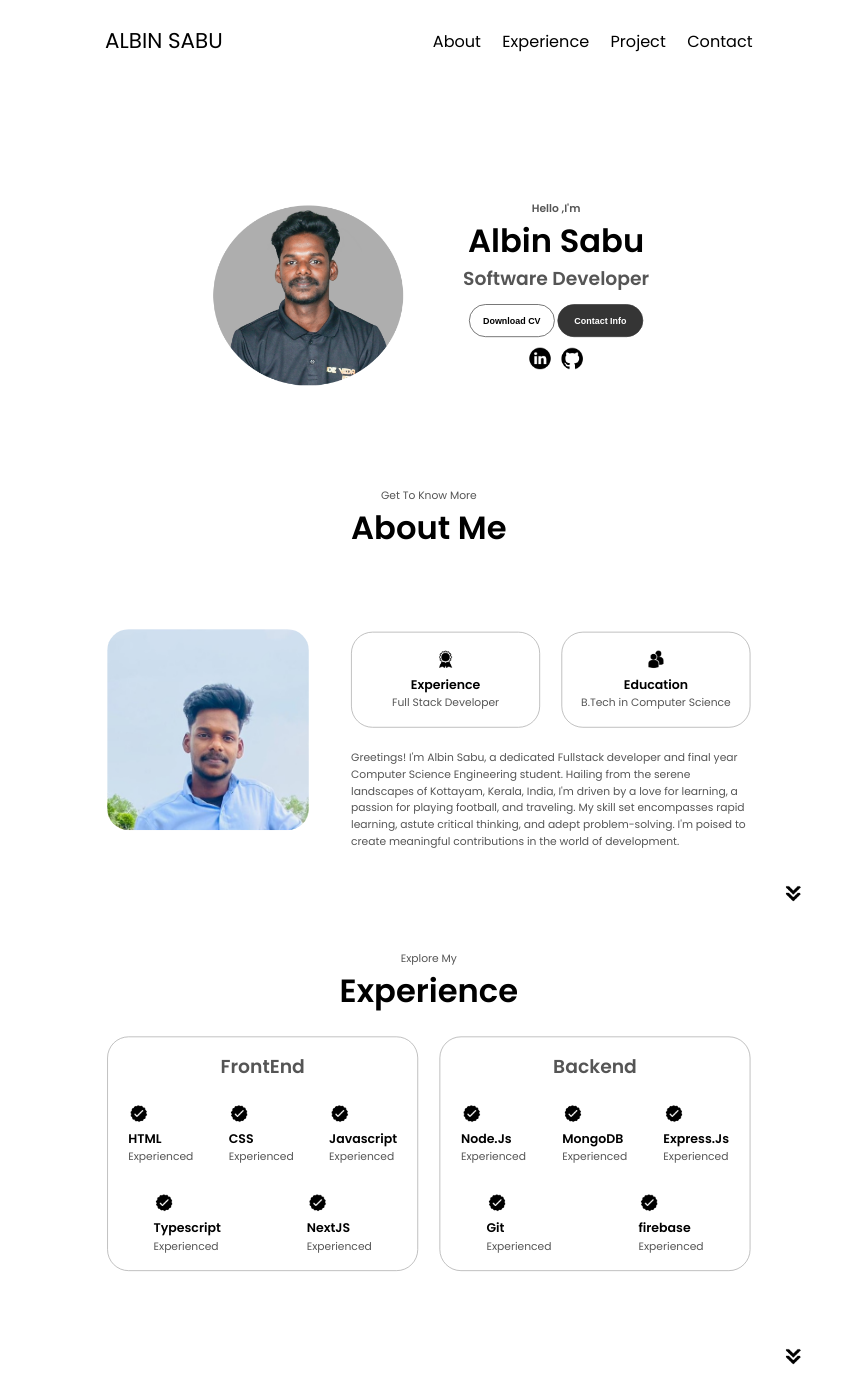
Repository: albinsabu2023/albinsabu
Page: index.html
An editor plug-in stored every save of this project. The page is shown before and after the next save, followed by the edit.
The browser window is 1280 px wide. The pictures show the whole page, at 67% of full size.

Above is the page before, as saved 2023-08-30 13:18:42.

### index.html
<!DOCTYPE html>
<html lang="en">
<link>
    <meta charset="UTF-8">
    <meta name="viewport" content="width=device-width, initial-scale=1.0">
    <title>Albin Sabu</title>
    <link rel="stylesheet" href="style.css"/>
    <link rel="stylesheet" href="mediaqueries.css">
</head>
<body>
    <nav id="desktop-nav">
        <div class="logo">
            ALBIN SABU
        </div>
        <div>
            <ul class="nav-links">
                <li><a href="#about">About</a></li>
                <li><a href="#experience">Experience</a></li>
                <li><a href="#project">Project</a></li>
                <li><a href="#contact">Contact</a></li>
            </ul>
        </div>
    </nav>
    <nav id="hamburger-nav">
        <div clas="logo"> ALBIN SABU</div>
        <div class="hamburger-menu">
            <div class="hamburger-icon" onclick="toggleMenu()">
                <span></span>
                <span></span>
                <span></span>
            </div>
            <div class="menu-links">
                <li><a href="#about" onclick="toggleMenu()">About</a></li>
                <li><a href="#about" onclick="toggleMenu()">Experience</a></li>
                <li><a href="#about" onclick="toggleMenu()">Project</a></li>
                <li><a href="#about" onclick="toggleMenu()">Contact</a></li>
            </div>
        </div>
    </nav>
    <section id="profile">
        <div class="section__pic-container">
            <img src="./assets/Albin Sabu2.png" alt="profile-pic">
        </div>
        <div class="section__text">
            <p class="section__text__p1">Hello ,I'm</p>
            <h1 class="title">Albin Sabu</h1>
            <p class="section__text__p2">Software Developer</p>
            <div class="btn_container">
                <button class="btn btn-color-2" onclick="window.open('./assets/Albin sabu.pdf')">Download CV</button>
                <button class="btn btn-color-1" onclick="location.href='#contact'">Contact Info</button>
            </div>
            <div id="social-container">
                <img src="./assets/linkedin.png" alt="My Linkedin Profile" class="icon" onclick="location.href='https://www.linkedin.com/in/albin-sabu-377798230'">
                <img src="./assets/github.png" alt="My Github Profile" class="icon" onclick="location.href='https://github.com/albinsabu2023'">

            </div>
        </div>
    </section>
    <section id="about">
        <p class="section__text__p1">Get To Know More</p>
        <h1 class="title">About Me</h1>
        <div class="section-container">
            <div class="section__pic-container">
                <img src="./assets/ull.png" alt="profilepicture" class="about-pic">
            </div>
            <div class="about-details-container">
                <div class="about-container">
                    <div class="details-container">
                        <img src="./assets/experience.png" alt="experience icon" class="icon">
                        <h3>Experience</h3>
                        <p>Full Stack Developer</p>
                    </div>
                    <div class="details-container">
                        <img src="./assets/education.png" alt="experience icon" class="icon">
                        <h3>Education</h3>
                        <p>B.Tech in Computer Science</p>
                    </div>
                </div>
                <div class="text-container">
                    <p>Greetings! I'm Albin Sabu, a dedicated Fullstack developer and final year Computer Science Engineering student. Hailing
                    from the serene landscapes of Kottayam, Kerala, India, I'm driven by a love for learning, a passion for playing
                    football, and traveling. My skill set encompasses rapid learning, astute critical thinking, and adept
                    problem-solving.  I'm poised to create meaningful
                    contributions in the world of development.
                    </p>
                </div>
            </div>
        </div>
        <!-- onclick="locaiton.href='./#experience'" -->
       <img src="./assets/arrow.png" alt="arrow" class="icon arrow" >
    </section>
    <section id="experience">
        <p class="section__text__p1">Explore My</p>
        <h1 class="title">Experience</h1>
        <div class="experience-details-container">
            <div class="about-container">
                <div class="details-container">
                    <h2 class="experience-sub-title">FrontEnd</h2>
                    <div class="article-container">
                        <article>
                            <img src="./assets/checkmark.png" alt="experience-icon" class="icon">
                            <div>
                                <h3>HTML</h3>
                                <p>Experienced</p>
                            </div>
                        </article>
                        <article>
                            <img src="./assets/checkmark.png" alt="experience-icon" class="icon">
                            <div>
                                <h3>CSS</h3>
                                <p>Experienced</p>
                            </div>
                        </article>
                        <article>
                            <img src="./assets/checkmark.png" alt="experience-icon" class="icon">
                            <div>
                                <h3>Javascript</h3>
                                <p>Experienced</p>
                            </div>
                        </article>
                        <article>
                            <img src="./assets/checkmark.png" alt="experience-icon" class="icon">
                            <div>
                                <h3>Typescript</h3>
                                <p>Experienced</p>
                            </div>
                        </article>
                        <article>
                            <img src="./assets/checkmark.png" alt="experience-icon" class="icon">
                            <div>
                                <h3>NextJS</h3>
                                <p>Experienced</p>
                            </div>
                        </article>

                    </div>
                </div>
                <div class="details-container">
                    <h2 class="experience-sub-title">Backend</h2>
                    <div class="article-container">
                        <article>
                            <img src="./assets/checkmark.png" alt="experience-icon" class="icon">
                            <div>
                                <h3>Node.Js</h3>
                                <p>Experienced</p>
                            </div>
                        </article>
                        <article>
                            <img src="./assets/checkmark.png" alt="experience-icon" class="icon">
                            <div>
                                <h3>MongoDB</h3>
                                <p>Experienced</p>
                            </div>
                        </article>

                        <article>
                            <img src="./assets/checkmark.png" alt="experience-icon" class="icon">
                            <div>
                                <h3>Express.Js</h3>
                                <p>Experienced</p>
                            </div>
                        </article>
                        <article>
                            <img src="./assets/checkmark.png" alt="experience-icon" class="icon">
                            <div>
                                <h3>Git</h3>
                                <p>Experienced</p>
                            </div>
                        </article>
                        <article>
                            <img src="./assets/checkmark.png" alt="experience-icon" class="icon">
                            <div>
                                <h3>firebase</h3>
                                <p>Experienced</p>
                            </div>
                        </article>

                    </div>
                </div>
            </div>
        </div>
        <img src="./assets/arrow.png" alt="arrow" class="icon arrow">
    </section>
    <script src="script.js"></script>
</body>
</html>

### style.css
@import url('https://fonts.googleapis.com/css2?family=Poppins:ital,wght@0,300;0,400;0,500;0,600;1,200;1,300;1,500;1,600&display=swap');

* {
    margin: 0;
    padding: 0;
}

body {
    font-family: 'Poppins', sans-serif;
}

html {
    scroll-behavior: smooth;
}

p {
    color: rgb(85, 85, 85);
}

a,
.btn {
    transition: all 300ms ease
}

/* Desktop navigation */
nav,
.nav-links {
    display: flex;

}

nav {
    justify-content: space-around;
    align-items: center;
    height: 17vh;

}

.nav-links {
    gap: 2rem;
    list-style: none;
    font-size: 1.5rem;
}
a{
    color:black;
    text-decoration: none;
    text-decoration-color: white;
}

a:hover{
    color:gray;
    text-decoration:underline;
    text-underline-offset:1rem ;
    text-decoration-color:rgb(181,181,181);
}

.logo{
    font-size:2rem;
}

#hamburger-nav{
    display:none;
}
.hamburger-menu{
    position: relative;
    display:inline-block;
}
.hamburger-icon{
    display: flex;
    flex-direction: column;
    justify-content: space-between;
    height: 24px;
    width: 30px;
    cursor: pointer;
}

.hamburger-icon span{
    width:100%;
    height: 2px;
    background-color: black;
    transition: all 0.3 ease-in-out;
}

.menu-links{
    position:absolute;
    top:100%;
    right:0%;

    width: fit-content;
    max-height: 0;
    overflow: hidden;
    transition: all 0.3 ease-in-out;
}

.menu-links{
    display: block;
    padding: 10px;
    text-align: center;
    font-size: 1.5rem;
    color: black;
    text-decoration: none;
    transform: all 0.3 ease-in-out;
}

.menu-links li{
    list-style: none;

}

.menu-links.open{
    max-height: 300px;
}

.hamburger-icon.open span:first-child{
    transform:rotate(45deg) translate(10px,5px);
}
.hamburger-icon.open span:nth-child(2){
   opacity:0;
}
.hamburger-icon.open span:last-child{
    transform:rotate(-45deg) translate(10px,-5px);
}

.hamburger-icon span:first-child{
    transform: none;
}
.hamburger-icon span:first-child{
    opacity:1;
}
.hamburger-icon span:first-child{
    transform: none;
}

section{
    padding-top:4vh ;
    height: 96vh;
    margin: 0 10rem;
    box-sizing: border-box;
    min-height: fit-content;
}

.section-container{
    display: flex;
}

#profile{
    display: flex;
    justify-content: center;
    gap: 5rem;
    height:  80vh;
}

.section__pic-container{
    display: flex;
    height: 400px;
    width: 400px;
    margin: auto 0;
}

.section__text{

    align-self:center;
    text-align: center;
}

.section__text p{
    font-weight: 600;
}
.section__text__p1{
    text-align: center;

}
.section__text__p2 {

    font-size: 1.75rem;
    margin-bottom: 1rem;
}

.title{
    font-size:3rem;
    text-align: center;
}
#social-container{
    display: flex;
    justify-content: center;
    margin-top: 1rem;
    gap: 1rem;
}

/* icon */
.icon{
    cursor: pointer;
    height: 2rem;
}

.btn-container{
    display: flex;
    justify-content:center;
    gap: 1rem;
}
.btn{
    font-weight: 600;
    transition: all 300ms ease;
    padding: 1rem;
    width: 8rem;
    border-radius: 2rem;

}

.btn-color-1,.btn-color-2{
    border:rgb(53,53,53) 0.1rem solid;
}
.btn-color-1:hover,
.btn-color-2:hover {
   cursor:pointer
}
.btn-color-1,
.btn-color-2:hover {
   background: rgb(53,53,53);
   color: white;
}

.btn-color-1:hover{
    background-color: rgb(0,0,0);

}
.btn-color-2{
    background:none
    ;
}
.btn-color-2:hover{
    border:rgb(255,255,255) 0.1rem solid;
}

/* About section */

#about{
    position: relative;
}
.about-container{
    gap:2rem;
    margin-bottom:2rem ;
    margin-top: 2rem;
}
.about-details-container{
    justify-content: center;
    flex-direction: column;
}

.about-container,.about-details-container{
    display: flex;
}

.about-pic{
    border-radius: 2rem;

}
.arrow{
    position:absolute;
    right:-5rem;
    bottom:2.5rem;
}

.details-container{
    padding:1.5rem ;
    flex: 1;
    background: white;
    border-radius: 2rem;
    border: rgb(53,53,53) 0.1rem solid;
    border-color: rgb(163,163,163);
    text-align: center;

}

.section-container{
    gap: 4rem;
    height: 80%;
}

.section__pic-container{
    height: 300px;
    width:300px ;
    margin:auto 0;
}

/* experience */

#experience{
    position:relative;
}

.experience-sub-title{
    color:rgb(85,85,85);
    font-weight: 600;
    font-size: 1.75rem;
    margin-bottom:2rem;
}

.experience-details-container{
    display: flex;
    justify-content: center;
    flex-direction: column;
}
.article-container{
    display: flex;
    text-align: initial;
    flex-wrap: wrap;
    flex-direction: row;
    gap: 2.5rem;
    justify-content: space-around;
}

#article{
    display: flex;
    width: 10rem;
    justify-content: space-around;
    gap:0.5rem ;
}

.article .icon{
    cursor:default;
}

### mediaqueries.css
@media screen and (max-width:1200px){
    #desktop-nav{
        display: none;
    }
    #hamburger-nav{
        display: flex;
    }
}

Loaded but not shown: script.js (common file)

After the next save:
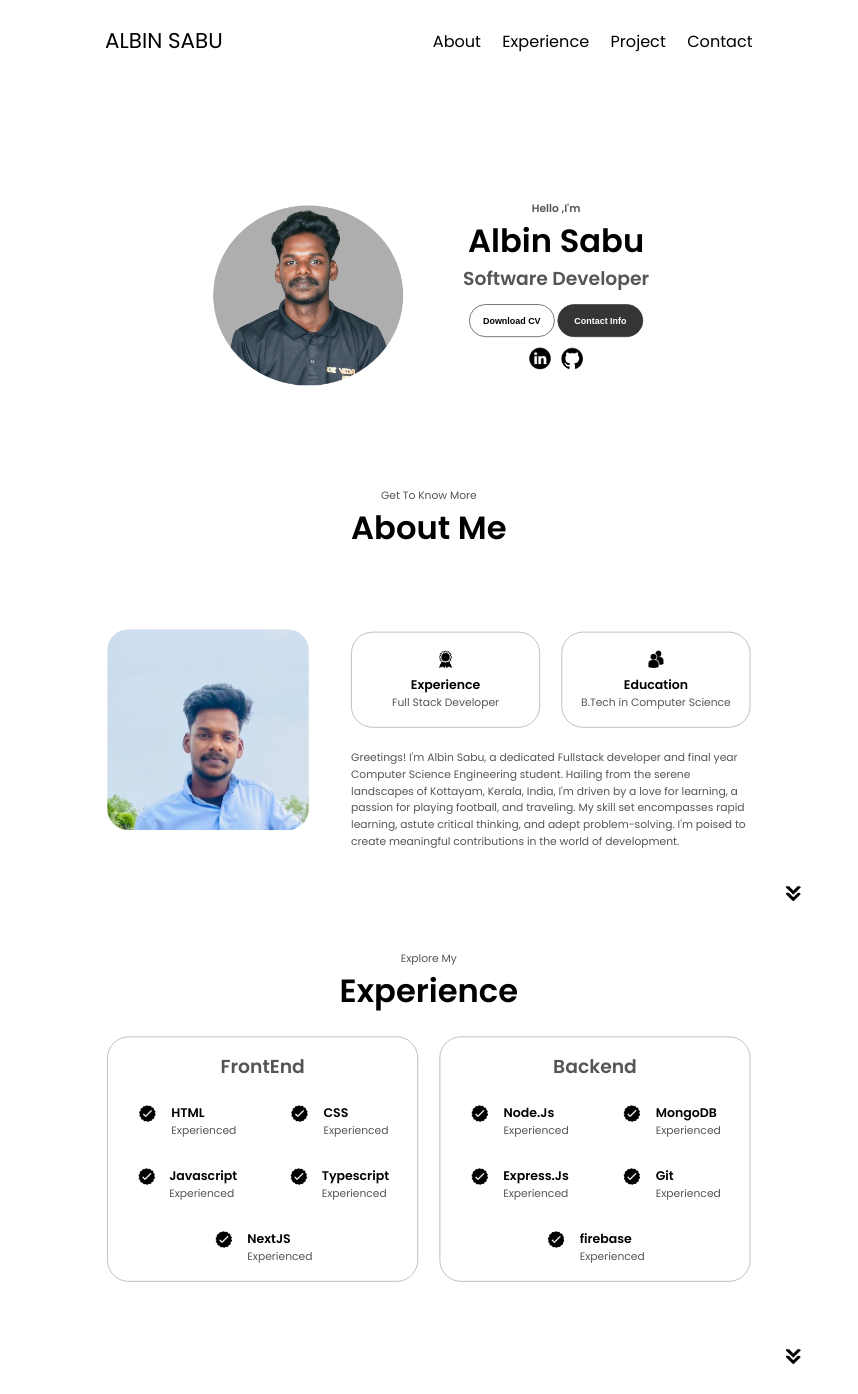
Saved 17 s later.
--- a/style.css
+++ b/style.css
@@ -310,7 +310,7 @@ section{
     justify-content: space-around;
 }
 
-#article{
+article{
     display: flex;
     width: 10rem;
     justify-content: space-around;
